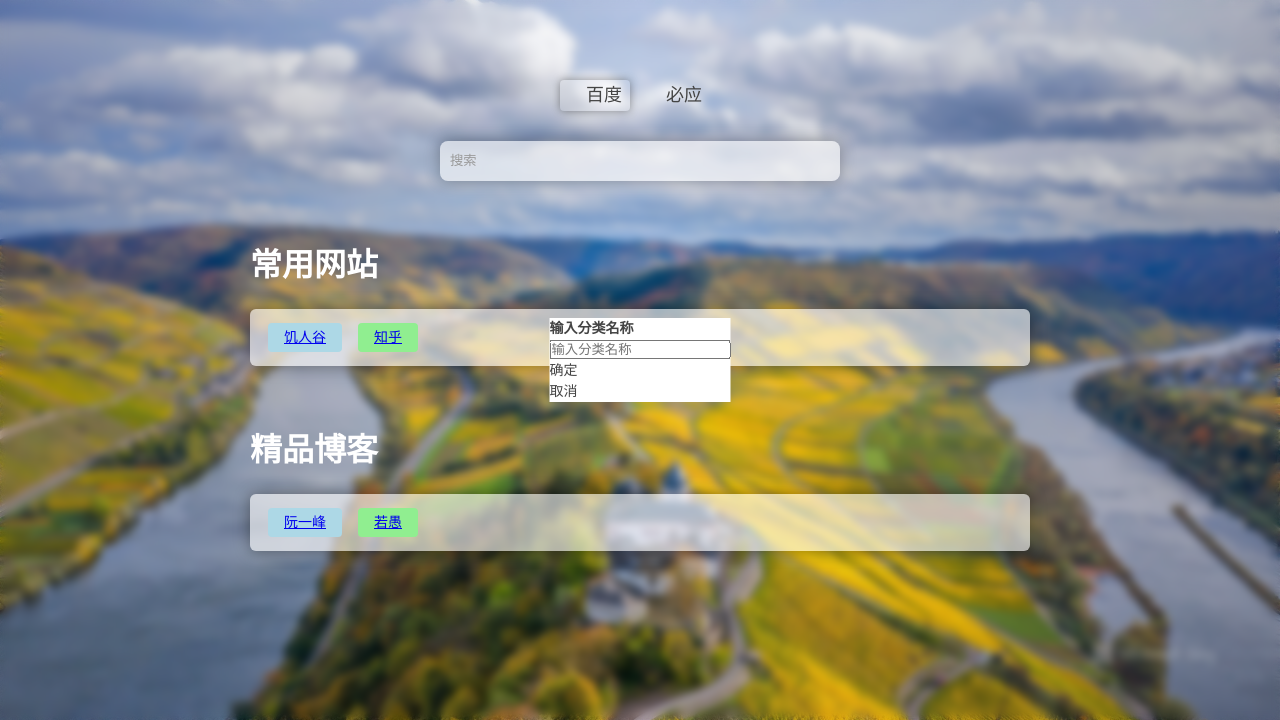
Repository: zkhiscool/PersonPage
Page: index.html
The author's editor kept a copy of each file at every save. The page is drawn from the files as they stood at one save, then again after the next save.
The browser window is 1280 px wide. The pictures show the whole page.

Above is the page before, as saved 2023-07-21 12:04:22.

### index.html
<!DOCTYPE html>
<html lang="en">

<head>
    <meta charset="UTF-8">
    <meta name="viewport" content="width=device-width, initial-scale=1.0">
    <title>Document</title>
    <script src="//at.alicdn.com/t/c/font_4154315_rbz2c3ka0md.js"></script>
    <script src="//at.alicdn.com/t/c/font_4177456_26hgdqu1m2a.js"></script>
    <link rel="stylesheet" href="css/style.css">
</head>

<body class="preview">
    <div id="page">
        <section id="search">
            <div class="search-type">
                <div data-type="baidu" class="search-tab tab-baidu active">
                    <svg class="icon" aria-hidden="true">
                        <use xlink:href="#icon-baidu"></use>
                    </svg>百度
                </div>
                <div data-type="bing" class="search-tab tab-bing">
                    <svg class="icon" aria-hidden="true">
                        <use xlink:href="#icon-weiruan"></use>
                    </svg>必应
                </div>
            </div>
            <div class="search-input input">
                <input type="text" placeholder="搜索">
                <svg class="icon icon-search" aria-hidden="true">
                    <use xlink:href="#icon-search"></use>
                </svg>
            </div>
        </section>
        <section id="websites">
            <ul class="list">
                <li class="item">
                    <h2>常用网站</h2>
                    <ul class="panel">
                        <li class="tag ">百度</li>
                        <li class="tag ">知乎</li>
                    </ul>
                </li>

                <li class="item">
                    <h2>常用网站</h2>
                    <ul class="panel">
                        <li class="tag ">百度</li>
                        <li class="tag ">知乎</li>
                    </ul>
                </li>
            </ul>
            <div class="puls">
                <svg class="icon icon-puls" aria-hidden="true">
                    <use xlink:href="#icon-plus"></use>
                </svg>
            </div>
        </section>

    </div>
    <div id="setting">
        <svg class="icon icon-setting" aria-hidden="true">
            <use xlink:href="#icon-setting"></use>
        </svg>
        <svg class="icon icon-back" aria-hidden="true">
            <use xlink:href="#icon-back"></use>
        </svg>
    </div>
    <div class="modal modal-1">
        <h4>输入分类名称</h4>
        <div class="field">
            <input type="text" placeholder="输入分类名称">
        </div>
        <div class="button">确定</div>
        <div class="button">取消</div>
    </div>
    <script src="js/main.js"></script>
    <script>
        //百度 = 'https://www.baidu.com/s?wd=' + '饥人谷'
        //bing= https://cn.bing.com/search?q=' + '饥人谷'
    </script>
</body>

</html>

### css/style.css
* {
    margin: 0;
    padding: 0;
    box-sizing: border-box;
}

ul,
li {
    list-style: none;
}

body {
    /* 字体大小14，行高1.5 */
    font: 14px/1.5 Arial, Helvetica, sans-serif;
    color: #444;
    background: linear-gradient(to right, rgba(0, 0, 0, 0.2), rgba(0, 0, 0, 0), rgba(0, 0, 0, 0.2)),
        url(../images/2.jpg)center center no-repeat;
    background-size: cover;
    /* 窗口的高度 */
    min-height: 100vh;
    /* 背景色模糊 */
    padding-bottom: 60px;
    backdrop-filter: blur(4px);
}

/* 图标库默认样式 */
.icon {
    width: 1em;
    height: 1em;
    vertical-align: -0.15em;
    fill: currentColor;
    overflow: hidden;
    cursor: pointer;
}

#page {
    max-width: 820px;
    margin: 0 auto;
    padding: 20px;
    /* overflow: hidden; */
}

#setting {
    position: fixed;
    left: 30px;
    top: 30px;
    color: #fff;
}

body.preview .icon-back {
    display: none;
}

body.preview .icon-setting {
    display: block;
}

body.setting .icon-back {
    display: block;
}

body.setting .icon-setting {
    display: none;
}

#setting .icon {
    width: 30px;
    height: 30px;
}

#search {
    display: flex;
    flex-direction: column;
    align-items: center;
    margin-top: 60px;

}

.search-type {
    display: flex;
}

.search-tab {
    padding: 2px 8px;
    margin-right: 10px;
    border-radius: 4px;
    font-size: 18px;
    cursor: pointer;
}

.search-tab.active {
    box-shadow: 0 0 8px rgba(0, 0, 0, 0.4);
}

.search-input {
    position: relative;
    margin-top: 30px;
    border-radius: 8px;
    overflow: hidden;
    background-color: rgba(255, 255, 255, 0.6);
    box-shadow: 0 0 16px 0 rgba(0, 0, 0, 0.3);
}

.search-input .icon {
    position: absolute;
    right: 6px;
    top: 50%;
    transform: translateY(-50%);
    z-index: 1;
    width: 30px;
    height: 20px;
    cursor: pointer;
}

.search-input>input {
    width: 400px;
    padding: 0 30px 0 10px;
    line-height: 40px;
    border: none;
    outline: none;
    color: #666;
    background-color: transparent;
    transition: all .3s;
}

/* .search-input>input:focus {
    width: 780px;
} */

.search-input>input::placeholder {
    color: #999;
}

#websites .item {
    margin-top: 60px;

}

#websites .list h2 {
    color: #fff;
    font-size: 32px;
}

#websites .panel {
    display: flex;
    flex-wrap: wrap;
    background-color: rgba(255, 255, 255, 0.6);
    border-radius: 6px;
    padding: 10px;
    margin-top: 20px;
    box-shadow: 0 0 16px 0 rgba(0, 0, 0, 0.4);
}

#websites .tag {
    border-radius: 4px;
    padding: 4px 16px;
    margin: 4px 8px;
    background-color: lightblue;

}

#websites .tag:nth-child(odd) {
    background-color: lightblue;
}

#websites .tag:nth-child(even) {
    background-color: lightgreen;
}

.puls {
    align-items: center;
    justify-content: center;
    margin-top: 30px;
}

body.setting .puls {
    display: flex;
}

body.preview .puls {
    display: none;
}

.puls .icon {
    width: 60px;
    height: 60px;
    color: #fff;
}

.modal {
    position: fixed;

    left: 50%;
    top: 50%;
    transform: translate(-50%, -50%);
    max-width: 600px;
    background-color: #fff;

}

### js/main.js
const $ = s => document.querySelector(s)
const $$ = s => document.querySelectorAll(s)
const searchMap = {
    'baidu': 'https://www.baidu.com/s?wd=',
    'bing': 'https://cn.bing.com/search?q='
}
let searchType = 'baidu'
let PageStatus = 'setting'
//切换浏览器的样式
$$('.search-tab').forEach($tab => {
    $tab.onclick = function () {
        // 给每个搜索去掉class
        $$('.search-tab').forEach($tab => $tab.classList.remove('active'))
        this.classList.add('active')
        // data-xxx这种带 “-”的自定义属性，有默认dataset方法
        searchType = this.dataset.type
    }
});

//监听键盘按下
document.onkeyup = function (e) {
    if (e.key === 'Enter') {
        search()
    }
}

$('.icon-search').onclick = search

$('.icon-setting').onclick = function () {
    PageStatus = 'setting'
    $('body').classList.remove('preview')
    $('body').classList.add('setting')

}
$('.icon-back').onclick = function () {
    PageStatus = 'preview'
    $('body').classList.remove('setting')
    $('body').classList.add('preview')
}
$('.icon-puls').onclick = function () {

}

// 封装搜索
function search() {
    let url = searchMap[searchType] + $('.search-input input').value
    const $link = document.createElement('a')
    $link.setAttribute('href', url)
    $link.setAttribute('target', '_blank')
    $link.click()
}

const data = [
    {
        title: '常用网站',
        data: [
            {
                name: '饥人谷',
                url: 'https://jirengu.com'
            },
            {
                name: '知乎',
                url: 'https://zhihu.com'
            },
        ]
    },
    {
        title: '精品博客',
        data: [
            {
                name: '阮一峰',
                url: 'https://javascript.ruanyifeng.com'
            },
            {
                name: '若愚',
                url: 'https://zhuanlan.zhihu.com/study-fe'
            },
        ]
    },
]
render(data)
/*
    <li class="item">
        <h2>常用网站</h2>
        <ul class="panel">
            <li class="tag "><a href="" target="_blank"></a>百度</li>
            <li class="tag "><a href="" target="_blank"></a>知乎</li>
        </ul>
    </li>
 */
function render(data) {
    const $itemArr = data.map(obj => {
        const $item = document.createElement('li')
        $item.classList.add('item')
        const $h2 = document.createElement('h2')
        $h2.append(obj.title)
        const $ul = document.createElement('ul')
        $ul.classList.add('panel')
        let $liArray = obj.data.map(item => {
            const $tag = document.createElement('li')
            $tag.classList.add('tag')
            const $a = document.createElement('a')
            $a.setAttribute('href', item.url)
            $a.setAttribute('target', '_blank')
            $a.append(item.name)
            $tag.append($a)
            return $tag
        })
        $ul.append(...$liArray)
        $item.append($h2, $ul)
        return $item
    })
    console.log($itemArr);

    $('#websites .list').innerHTML = ''
    $('#websites .list').append(...$itemArr)
}

After the next save:
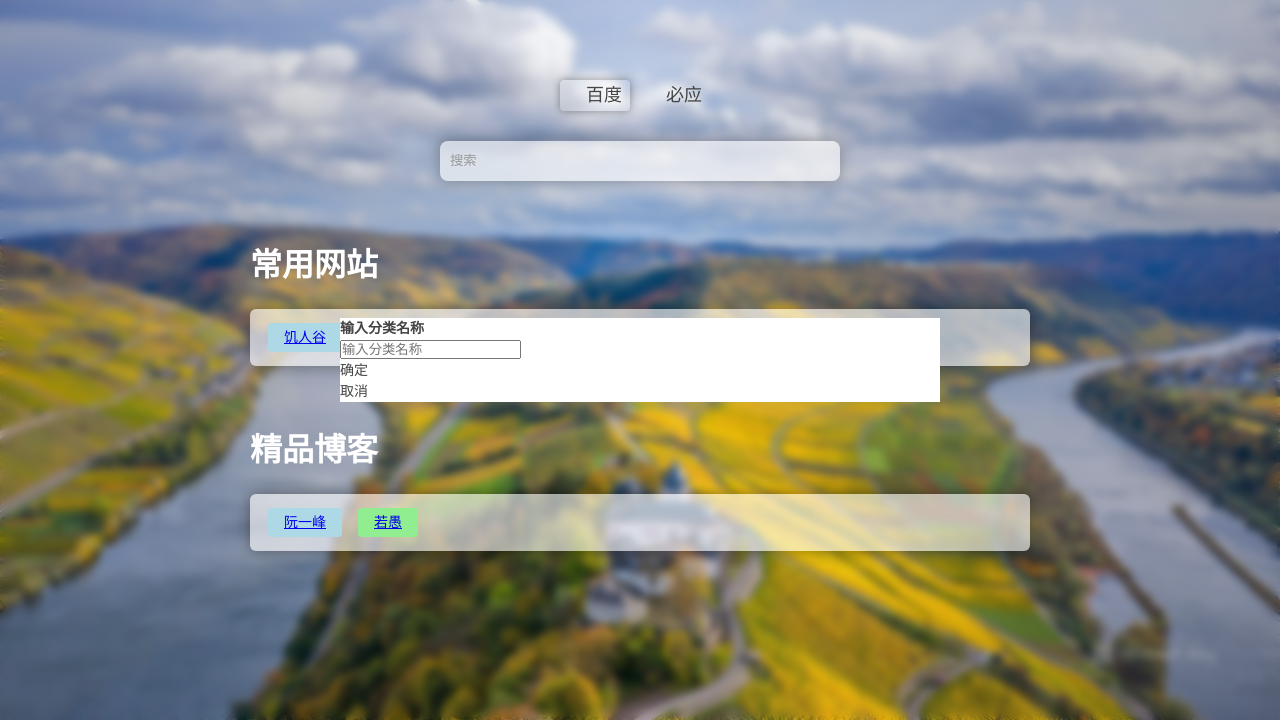
Saved 18 s later.
--- a/css/style.css
+++ b/css/style.css
@@ -193,7 +193,7 @@ body.preview .puls {
     left: 50%;
     top: 50%;
     transform: translate(-50%, -50%);
-    max-width: 600px;
+    width: 600px;
     background-color: #fff;
 
 }
